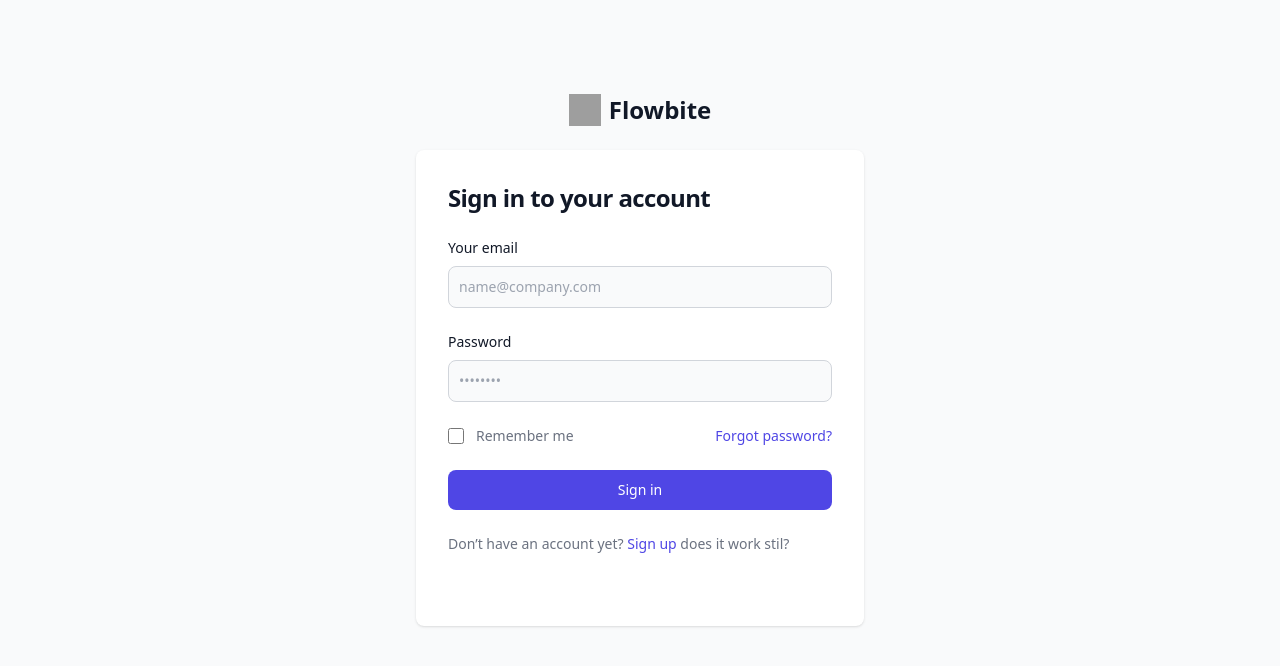
Repository: Narain-Singaram/Coreverse-SMP-Project
Page: http://localhost/account/login.php
An editor plug-in stored every save of this project. The page is shown before and after the next save, followed by the edit.
The browser window is 1280 px wide. The pictures show the whole page.
Pictures or frames that could not be fetched are drawn as grey boxes. Some web libraries are served in a nearby version. The page is run by PHP 8.4 with error messages shown; the project is at /var/www/html/.

Above is the page before, as saved 2022-11-05 23:43:45.

### account/login.php
    <section class="bg-gray-50">
    <div class="flex flex-col items-center justify-center px-6 py-8 mx-auto md:h-screen lg:py-0">
        <a href="#" class="flex items-center mb-6 text-2xl font-semibold text-gray-900">
            <img class="w-8 h-8 mr-2" src="https://flowbite.s3.amazonaws.com/blocks/marketing-ui/logo.svg" alt="logo">
            Flowbite
        </a>
        <div class="w-full bg-white rounded-lg shadow md:mt-0 sm:max-w-md xl:p-0">
            <div class="p-6 space-y-4 md:space-y-6 sm:p-8">
                <h1 class="text-xl font-bold leading-tight tracking-tight text-gray-900 md:text-2xl">
                    Sign in to your account
                </h1>
                <form class="space-y-4 md:space-y-6" action="#">
                    <div>
                        <label for="email" class="block mb-2 text-sm font-medium text-gray-900">Your email</label>
                        <input type="email" name="email" id="email" class="bg-gray-50 border border-gray-300 text-gray-900 sm:text-sm rounded-lg focus:ring-indigo-600 focus:border-indigo-600 block w-full p-2.5" placeholder="name@company.com" required="">
                    </div>
                    <div>
                        <label for="password" class="block mb-2 text-sm font-medium text-gray-900">Password</label>
                        <input type="password" name="password" id="password" placeholder="••••••••" class="bg-gray-50 border border-gray-300 text-gray-900 sm:text-sm rounded-lg focus:ring-indigo-600 focus:border-indigo-600 block w-full p-2.5" required="">
                    </div>
                    <div class="flex items-center justify-between">
                        <div class="flex items-start">
                            <div class="flex items-center h-5">
                                <input id="remember" aria-describedby="remember" type="checkbox" class="w-4 h-4 border border-gray-300 rounded bg-gray-50 focus:ring-3 focus:ring-indigo-300" required="">
                            </div>
                            <div class="ml-3 text-sm">
                                <label for="remember" class="text-gray-500">Remember me</label>
                            </div>
                        </div>
                        <a href="#" class="text-sm font-medium text-indigo-600 hover:underline">Forgot password?</a>
                    </div>
                    <button type="submit" class="w-full text-white bg-indigo-600 hover:bg-indigo-700 focus:ring-4 focus:outline-none focus:ring-indigo-300 font-medium rounded-lg text-sm px-5 py-2.5 text-center">Sign in</button>
                    <p class="text-sm font-light text-gray-500">
                        Don’t have an account yet? <a href="#" class="font-medium text-indigo-600 hover:underline">Sign up</a>     <?php
    echo 'does it work stil?';
    ?>
                    </p>
                </form>
            </div>
    <form action="login.php" method='POST'>
        <input type="text" name="full_name" id="">
    </form>
        </div>
    </div>
    </section>


    <?php

    ?>

<script src="https://cdn.tailwindcss.com"></script>

After the next save:
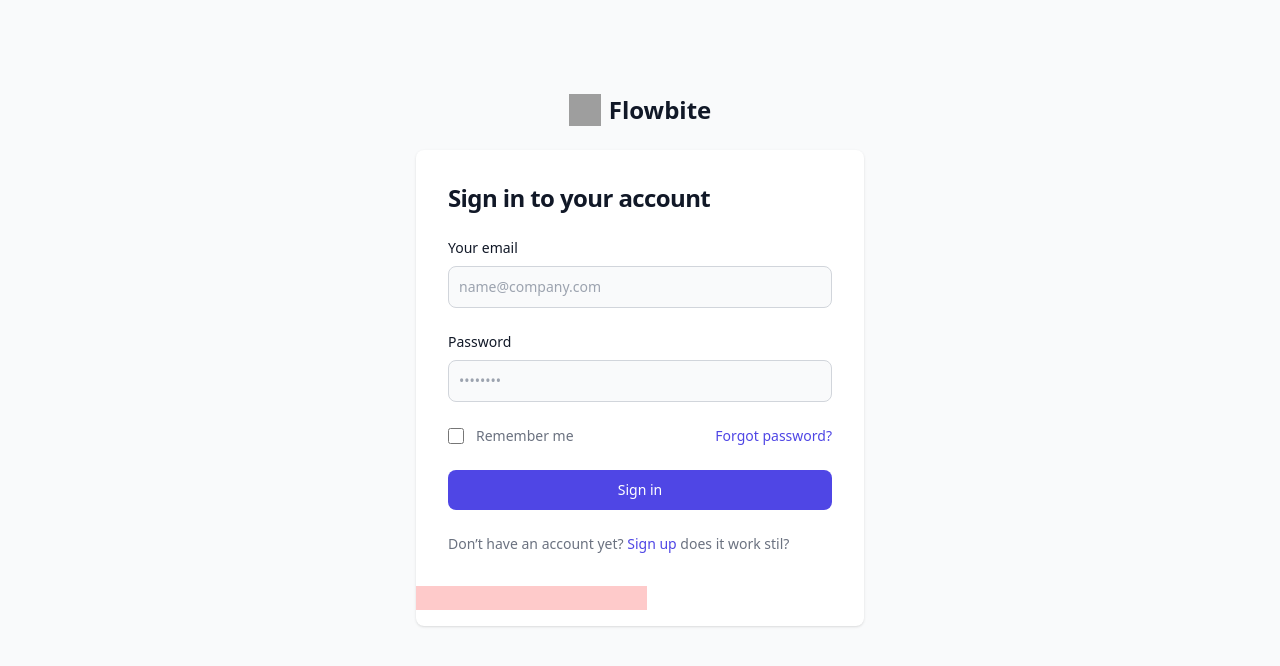
Saved 22 s later.
--- a/account/login.php
+++ b/account/login.php
@@ -38,7 +38,7 @@
                 </form>
             </div>
     <form action="login.php" method='POST'>
-        <input type="text" name="full_name" id="">
+        <input class='bg-red-200' type="text" name="full_name" id="">
     </form>
         </div>
     </div>
